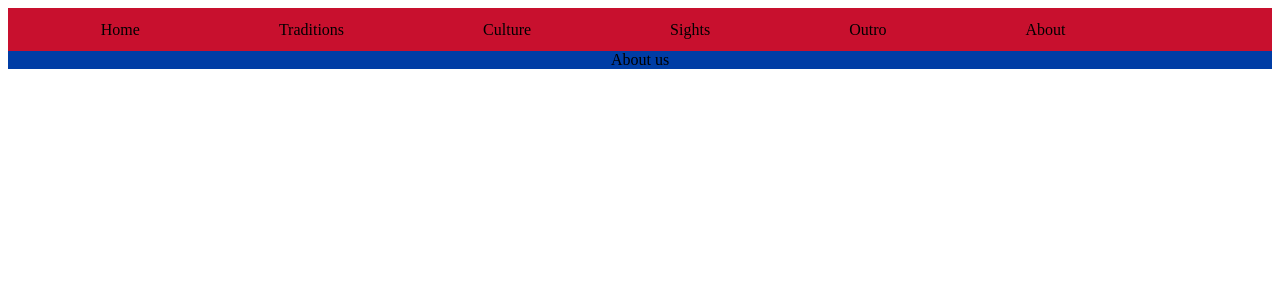
Repository: Cornman63/The-netherlands
Page: about.html
These files come from the project's save history. The page is drawn as it stood at one moment and after the next save; the edit follows.
The browser window is 1280 px wide. The pictures show the whole page.

Above is the page before, as saved 2023-05-17 12:30:52.

### about.html
<!DOCTYPE html>
<html lang="en">
<head>
    <meta charset="UTF-8">
    <meta http-equiv="X-UA-Compatible" content="IE=edge">
    <meta name="viewport" content="width=device-width, initial-scale=1.0">
    <link rel="stylesheet" href="style.css">
    <title>Document</title>
</head>
<body>
    <header>
        <div class="top">
            <div class="site">Home</div>
            <div class="site">Traditions</div>
            <div class="site">Culture</div>
            <div class="site">Sights</div>
            <div class="site">Outro</div>
            <div class="site">About</div>
        </div>
    </header>

    <main>

    </main>

    <footer>
        <div class="bottom">
            About us
        </div>
    </footer>


</body>
</html>

### style.css
.top, .bottom {
    display: flex;
    flex-direction: row;
    justify-content: center;
    align-content:center;
    background-color:#C8102E;
}
.bottom{
    background-color: #003DA5;
}

.site {
    display: flex;
    border: 1%;
    margin: 1%;
    margin-right: 10%;
    align-content: center;
}
.link {
    text-decoration: none;
}

After the next save:
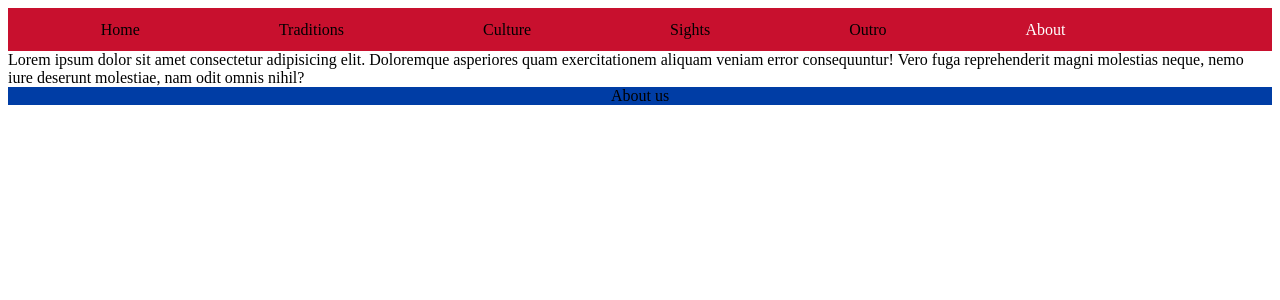
Saved 4 s later.
--- a/about.html
+++ b/about.html
@@ -5,30 +5,23 @@
     <meta http-equiv="X-UA-Compatible" content="IE=edge">
     <meta name="viewport" content="width=device-width, initial-scale=1.0">
     <link rel="stylesheet" href="style.css">
-    <title>Document</title>
+    <title>Visit the Netherlands</title>
+
 </head>
 <body>
-    <header>
-        <div class="top">
-            <div class="site">Home</div>
-            <div class="site">Traditions</div>
-            <div class="site">Culture</div>
-            <div class="site">Sights</div>
-            <div class="site">Outro</div>
-            <div class="site">About</div>
-        </div>
-    </header>
-
-    <main>
-
-    </main>
-
-    <footer>
-        <div class="bottom">
-            About us
-        </div>
-    </footer>
-
-
+    <div class="top">
+        <div class="site"><a href="index.html" style="color: black" class="link">Home</a></div>
+        <div class="site"><a href="traditions.html" style="color:black" class="link">Traditions</a></div>
+        <div class="site"><a href="culture.html" style="color:black" class="link">Culture</a></div>
+        <div class="site"><a href="sights.html" style="color:black" class="link">Sights</a></div>
+        <div class="site"><a href="outro.html" style="color:black" class="link">Outro</a></div>
+        <div class="site"><a href="about.html" style="color: white" class="link">About</a></div>
+    </div>
+    <div class="text">
+        Lorem ipsum dolor sit amet consectetur adipisicing elit. Doloremque asperiores quam exercitationem aliquam veniam error consequuntur! Vero fuga reprehenderit magni molestias neque, nemo iure deserunt molestiae, nam odit omnis nihil?
+    </div>
+    <div class="bottom">
+        About us
+    </div>
 </body>
 </html>
